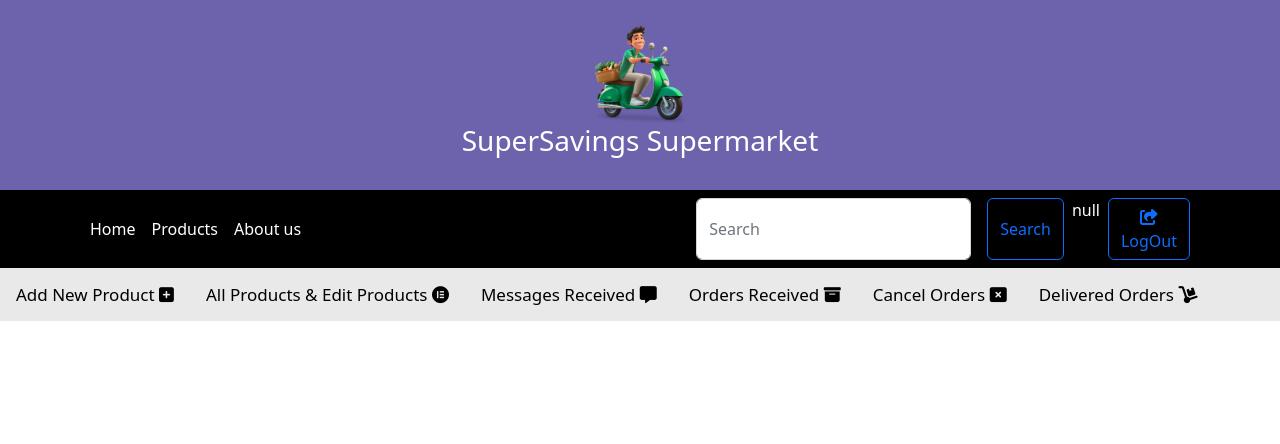
Repository: Raviraj39/SuperSaving-Online-Supermarket-Website
Page: http://localhost/Super_market/allProductEdit.jsp
The author's editor kept a copy of each file at every save. The page is drawn from the files as they stood at one save, then again after the next save.
The browser window is 1280 px wide. The pictures show the whole page.
The page is served by Tomcat 9. Other server files are loaded and not shown. Queries for data that is not in the repository find no rows.

Above is the page before, as saved 2023-12-21 19:21:48.

### Super_market/src/main/webapp/allProductEdit.jsp
<%@ page language="java" contentType="text/html; charset=ISO-8859-1"
    pageEncoding="ISO-8859-1"%>
     <%@page import ="java.sql.*"%>
      <%@page import ="java.io.IOException" %>
    <%@ page import ="java.io.PrintWriter"%>
    <%@ include file="AdminHome.jsp" %>
<!DOCTYPE html>
<html>
<head>
<meta charset="ISO-8859-1">
<title>SuperSaving Supermarket</title>


<link rel="stylesheet" href="https://cdnjs.cloudflare.com/ajax/libs/font-awesome/6.5.1/css/all.min.css" integrity="sha512-DTOQO9RWCH3ppGqcWaEA1BIZOC6xxalwEsw9c2QQeAIftl+Vegovlnee1c9QX4TctnWMn13TZye+giMm8e2LwA==" crossorigin="anonymous" referrerpolicy="no-referrer" />
<link href="https://cdn.jsdelivr.net/npm/bootstrap@5.2.3/dist/css/bootstrap.min.css" rel="stylesheet"
		integrity="sha384-rbsA2VBKQhggwzxH7pPCaAqO46MgnOM80zW1RWuH61DGLwZJEdK2Kadq2F9CUG65" crossorigin="anonymous">
</head>
<body>

<div style="color: white; text-align: center; font-size: 30px;">All Products & Edit Products <i class='fab fa-elementor'></i></div>

<%
String msg=request.getParameter("msg");
if("done".equals(msg)){
	%>

<h3 class="alert">Product Successfully Updated!</h3>

	<% }%>
	<%
	if("wrong".equals(msg)){
	%>

<h3 class="alert">Some thing went wrong! Try Again!</h3>

	<% }%>

<table>
        <thead>


        </thead>
        <tbody>
       <%
        try {
			//Class.forName("com.mysql.cj.jdbc.Driver");
			Connection conn = DriverManager.getConnection("jdbc:mysql://localhost:3306/super_marketone","root","root");
			Statement stat = conn.createStatement();
			ResultSet rs=stat.executeQuery("select * from addproductadmin ");
			while(rs.next()) {

        %>

          <tr>
            <th scope="col"><%= rs.getString(1) %></th>
            <th scope="col"><%= rs.getString(2) %></th>
            <th scope="col"><%= rs.getString(3) %></th>
            <th scope="col"><i class="fa fa-inr"></i><%= rs.getString(4) %></th>
            <th><%= rs.getString(5) %></th>
            <th scope="col">Edit <i class='fas fa-pen-fancy'></i></th>
          </tr>
          <%
        }}catch(Exception e) {
			e.printStackTrace();
		}


          %>



        </tbody>
      </table>
      <br>
      <br>
      <br>

</body>
</html>

### Super_market/src/main/webapp/AdminHome.jsp
<%@ page language="java" contentType="text/html; charset=ISO-8859-1"
    pageEncoding="ISO-8859-1"%>
<!DOCTYPE html>
<html>
<head>
<meta charset="ISO-8859-1">
<title>SuperSaving Supermarket</title>
<link rel="stylesheet" href="css/homestyle.css">
<link rel="stylesheet" href="https://cdnjs.cloudflare.com/ajax/libs/font-awesome/6.5.1/css/all.min.css" integrity="sha512-DTOQO9RWCH3ppGqcWaEA1BIZOC6xxalwEsw9c2QQeAIftl+Vegovlnee1c9QX4TctnWMn13TZye+giMm8e2LwA==" crossorigin="anonymous" referrerpolicy="no-referrer" />
<link href="https://cdn.jsdelivr.net/npm/bootstrap@5.2.3/dist/css/bootstrap.min.css" rel="stylesheet"
		integrity="sha384-rbsA2VBKQhggwzxH7pPCaAqO46MgnOM80zW1RWuH61DGLwZJEdK2Kadq2F9CUG65" crossorigin="anonymous">

</head>
<body>
	<div class="container-fluid navtop">
		<div class="text-center py-4 text-white  ">
			<img src="./images/illustrations/BikeDilvery.webp" alt="" class="" height="100px">
			<h3>SuperSavings Supermarket</h3>
		</div>
	</div>
	<nav class="navbar navbar-expand-lg bg-black text-white ">
		<div class="container text-white">
			<button class="navbar-toggler" type="button" data-bs-toggle="collapse"
				data-bs-target="#navbarSupportedContent" aria-controls="navbarSupportedContent" aria-expanded="false"
				aria-label="Toggle navigation">
				<span class="navbar-toggler-icon"></span>
			</button>
			<div class="collapse navbar-collapse " id="navbarSupportedContent">
				<ul class="navbar-nav me-auto mb-2 mb-lg-0  ">
					<li class="nav-item">
						<a class="nav-link active text-white" href="./AdminHome.jsp">Home</a>
					</li>
					<li class="nav-item">
						<a class="nav-link text-white" href="">Products</a>
					</li>
					<li class="nav-item">
						<a class="nav-link text-white" href="#"> About us</a>
					</li>
				</ul>
				<form class="d-flex" role="search">
					<input class="form-control me-2" type="search" placeholder="Search" aria-label="Search">
					<button class="btn btn-outline-primary mx-2" type="submit">Search</button>
					<p><%= session.getAttribute("username") %></p>
					<a href="logout" class="btn btn-outline-primary mx-2"> <i class='fas fa-share-square'></i>LogOut  </a>
				</form>
			</div>
		</div>
	</nav>
	<div class="topnav sticky">
            <a href="AddNewProduct.jsp">Add New Product <i class='fas fa-plus-square'></i></a>
            <a href="allProductEdit.jsp">All Products & Edit Products <i class='fab fa-elementor'></i></a>
            <a href="">Messages Received <i class='fas fa-comment-alt'></i></a>
            <a href="">Orders Received <i class="fas fa-archive"></i></a>
            <a href="">Cancel Orders <i class='fas fa-window-close'></i></a>
            <a href="">Delivered Orders <i class='fas fa-dolly'></i></a>
          </div>

</body>
</html>

### Super_market/src/main/webapp/css/homestyle.css
    body {
  font-family: "Open Sans", sans-serif;
  line-height: 1.25;
  background-color: #6C63AC;
}
a
{
	text-decoration: none;
}
.sticky {
  position: -webkit-sticky;
  position: sticky;
  top: 0;
}

@font-face {
	font-family: fonts;
	src: url(../fonts/moto-verse.otf);
}
.top-nav >div{
	font-family: fonts;
	font-weight: 900;
	font-size: 4em;
}
.navtop{
	background-color: #6C63AC;
}
.carousel-img{
	height: 75vh;
}
table {
  border: 1px solid #ccc;
  border-collapse: collapse;
  margin: 0;
  padding: 0;
  width: 100%;
  /*margin-left: 5%;*/
  table-layout: fixed;
}

table caption {
  font-size: 1.5em;
  margin: .5em 0 .75em;
}

table tr {
  background-color: #f8f8f8;
  border: 1px solid #ddd;
  padding: .35em;
}

table th,
table td {
  padding: .625em;
  text-align: center;
}

table th {
  font-size: .85em;
  letter-spacing: .1em;
  text-transform: uppercase;
}

@media screen and (max-width: 600px) {
  table {
    border: 0;
  }

  table caption {
    font-size: 1.3em;
  }

  table thead {
    border: none;
    clip: rect(0 0 0 0);
    height: 1px;
    margin: -1px;
    overflow: hidden;
    padding: 0;
    position: absolute;
    width: 1px;
  }

  table tr {
    border-bottom: 3px solid #ddd;
    display: block;
    margin-bottom: .625em;
  }

  table td {
    border-bottom: 1px solid #ddd;
    display: block;
    font-size: .8em;
    text-align: right;
  }

  table td::before {
    /*
    * aria-label has no advantage, it won't be read inside a table
    content: attr(aria-label);
    */
    content: attr(data-label);
    float: left;
    font-weight: bold;
    text-transform: uppercase;
  }

  table td:last-child {
    border-bottom: 0;
  }
}

/*Header Css*/
* {box-sizing: border-box;}

    body {
      margin: 0;
      font-family: Arial, Helvetica, sans-serif;
    }

    .topnav {
      overflow: hidden;
      background-color: #e9e9e9;
    }

    .topnav a {
      float: left;
      display: block;
      color: black;
      text-align: center;
      padding: 14px 16px;
      text-decoration: none;
      font-size: 17px;
    }

    .topnav a:hover {
      background-color: #ddd;
      color: black;
    }

    .topnav a.active {
      background-color: #2196F3;
      color: white;
    }

    .topnav .search-container {
      float: right;
    }

    .topnav input[type=text] {
      padding: 6px;
      margin-top: 8px;
      font-size: 17px;
      border: none;
    }

    .topnav .search-container button {
      float: right;
      padding: 6px 10px;
      margin-top: 8px;
      margin-right: 16px;
      background: #ddd;
      font-size: 17px;
      border: none;
      cursor: pointer;
    }

    .topnav .search-container button:hover {
      background: #ccc;
    }

    @media screen and (max-width: 600px) {
      .topnav .search-container {
        float: none;
      }
      .topnav a, .topnav input[type=text], .topnav .search-container button {
        float: none;
        display: block;
        text-align: left;
        width: 100%;
        margin: 0;
        padding: 14px;
      }
      .topnav input[type=text] {
        border: 1px solid #ccc;
      }

    }
/*footer*/
.footer {
   position: fixed;
   left: 0;
   bottom: 0;
   width: 100%;
   background-color:#ccc;
   color:black;
   text-align: center;
}

.h2222 {
  width: 100%;
  padding: 12px 20px;
  margin: 8px 0;
  box-sizing: border-box;
  border: none;
  background-color: #3CBC8D;
  color: white;
}

After the next save:
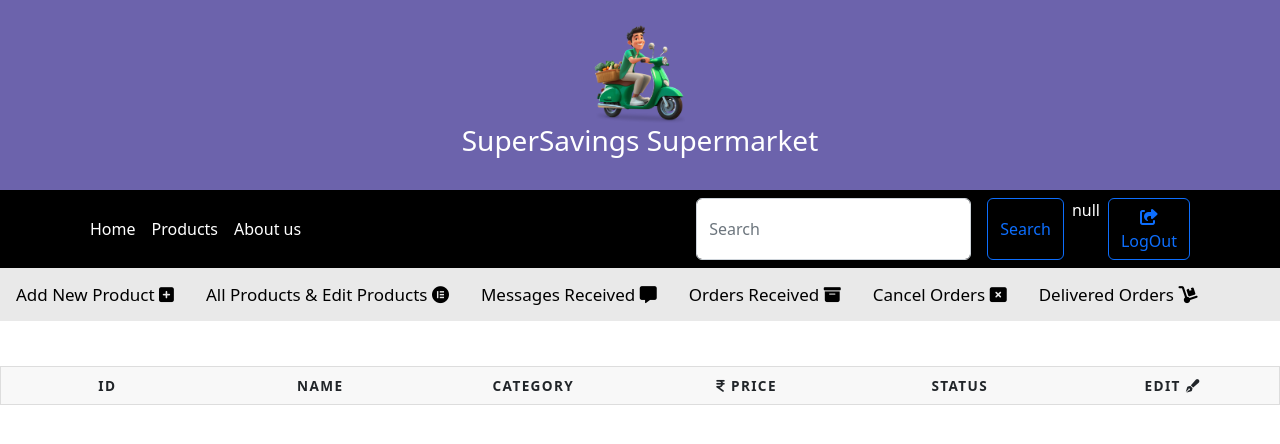
Saved 55 s later.
--- a/Super_market/src/main/webapp/allProductEdit.jsp
+++ b/Super_market/src/main/webapp/allProductEdit.jsp
@@ -37,7 +37,14 @@ if("done".equals(msg)){
 
 <table>
         <thead>
-
+         <tr>
+            <th scope="col">ID</th>
+            <th scope="col">Name</th>
+            <th scope="col">Category</th>
+            <th scope="col"><i class="fa fa-inr"></i> Price</th>
+            <th>Status</th>
+            <th scope="col">Edit <i class='fas fa-pen-fancy'></i></th>
+          </tr>
 
         </thead>
         <tbody>
